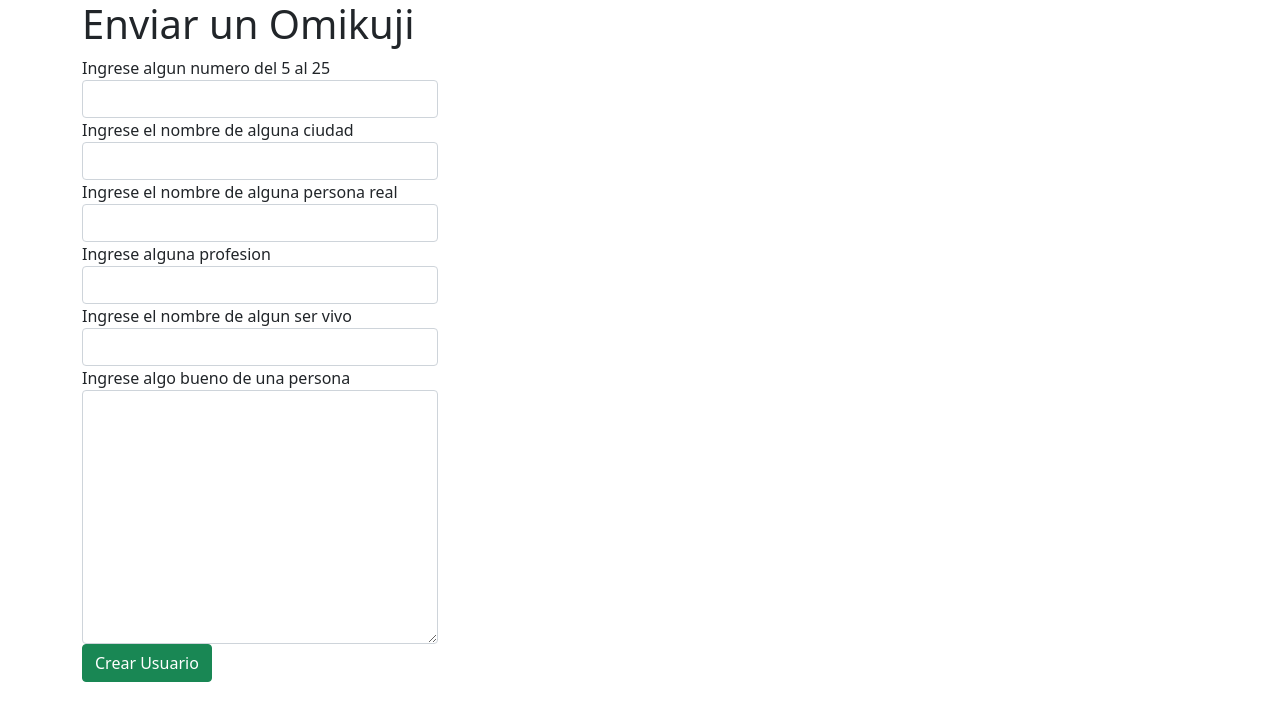
Repository: fanoneytor/condingDojo-JavaSpring
Page: http://localhost/Omikuji/WEB-INF/index.jsp
These files come from the project's save history. The page is drawn as it stood at one moment and after the next save; the edit follows.
The browser window is 1280 px wide. The pictures show the whole page.
The page is served by Tomcat 9. Nobody is signed in. The template is opened directly, without the code that normally fills it, so the values that code supplies are empty.

Above is the page before, as saved 2023-03-12 18:19:06.

After the next save:
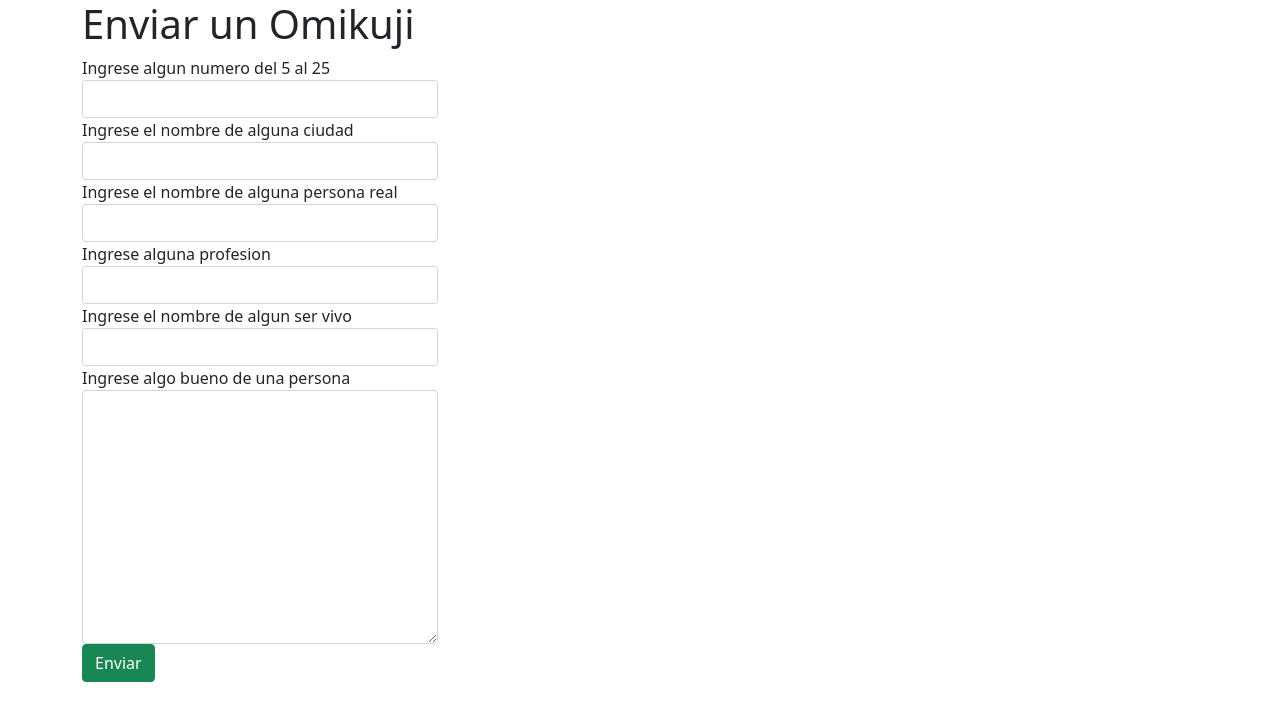
Saved 90 s later.
--- a/workspace/Omikuji/src/main/webapp/WEB-INF/index.jsp
+++ b/workspace/Omikuji/src/main/webapp/WEB-INF/index.jsp
@@ -38,7 +38,7 @@
 						<label for="algoBueno">Ingrese algo bueno de una persona</label>
 						<textarea name="algoBueno" cols="30" rows="10" class="form-control"></textarea>
 					</div>
-					<input type="submit" value="Crear Usuario" class="btn btn-success" />
+					<input type="submit" value="Enviar" class="btn btn-success" />
 				</form>
 			</div>
 		</div>
